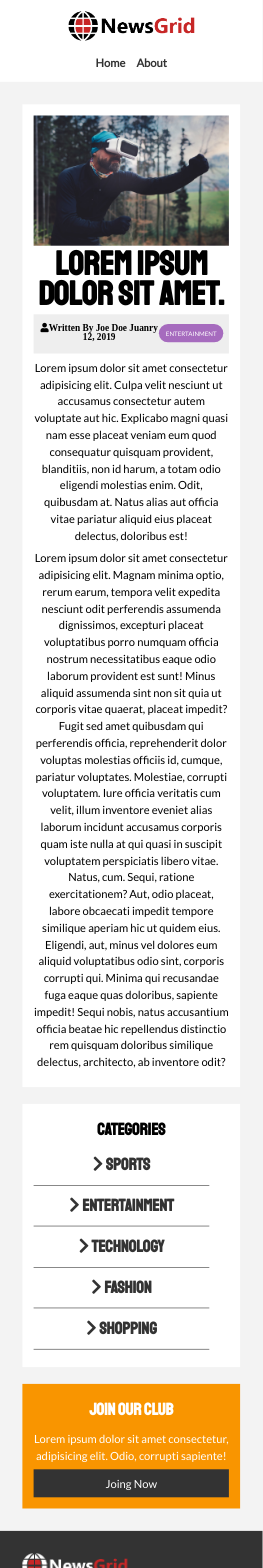
Repository: EswinGiova/NewsGrid
Page: article.html
An editor plug-in stored every save of this project. The page is shown before and after the next save, followed by the edit.
The browser window is 375 px wide. The pictures show the part of the page from y = 0 to 2240 px (the page is 3123 px tall), at 70% of full size.
Some web libraries are served in a nearby version.

Above is the page before, as saved 2020-09-21 18:23:18.

After the next save:
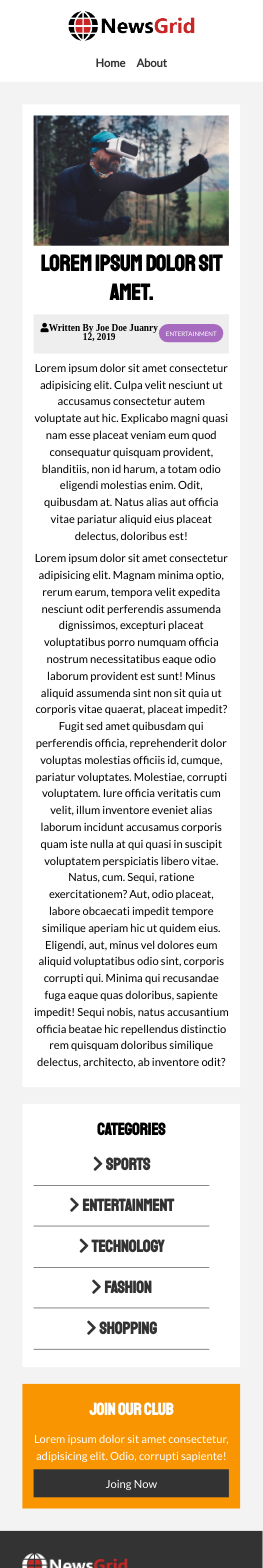
Saved 108 s later.
--- a/css/mobile.css
+++ b/css/mobile.css
@@ -49,4 +49,7 @@
   .page-container > *:first-child {
     grid-row: 1;
   }
+  .l-heading {
+    font-size: 2rem;
+  }
 }
